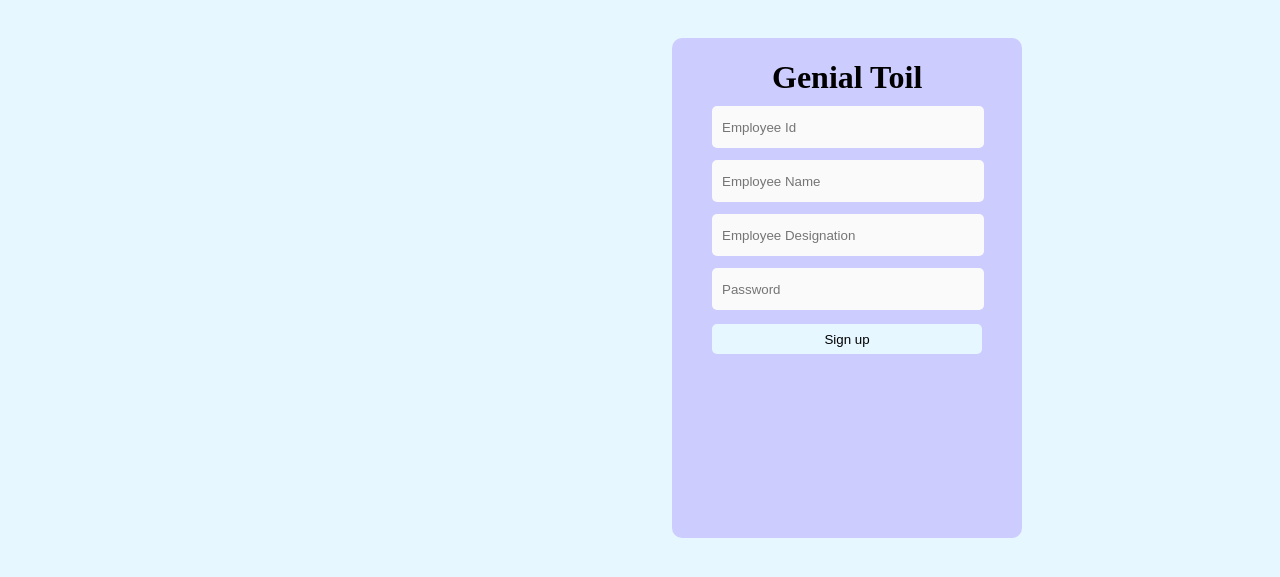
Repository: robin9533/Basic-Programs-App.
Page: GW-Genial Work Proj/GT_GenialToil/WebContent/EmployeeSignup.html
An editor plug-in stored every save of this project. The page is shown before and after the next save, followed by the edit.
The browser window is 1280 px wide. The pictures show the whole page.

Above is the page before, as saved 2019-05-10 10:09:37.

After the next save:
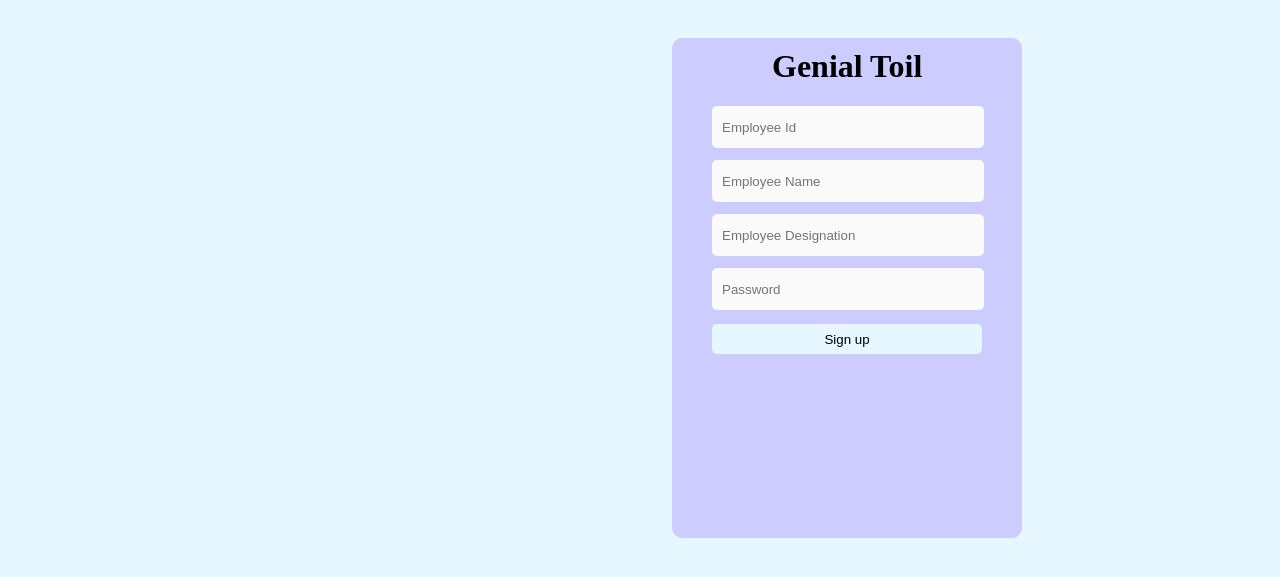
Saved 9 s later.
--- a/GW-Genial Work Proj/GT_GenialToil/WebContent/EmployeeSignup.css
+++ b/GW-Genial Work Proj/GT_GenialToil/WebContent/EmployeeSignup.css
@@ -37,7 +37,7 @@ body{
 	border: 0px solid #3897F0;
 	}
 .registrationblock h1{
-	margin-bottom:10px;
+	margin-top:10px;
 	margin-left: 100px;
 	cursor: default;
 	}
